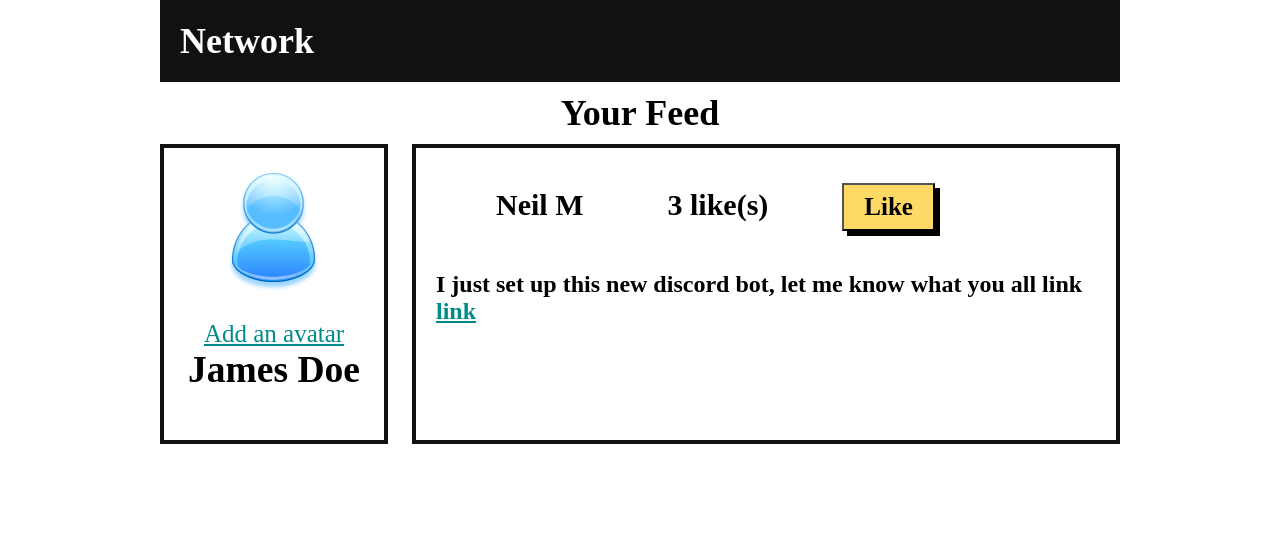
Repository: Blender20/liking_likes
Page: index.html
The author's editor kept a copy of each file at every save. The page is drawn from the files as they stood at one save, then again after the next save.
The browser window is 1280 px wide. The pictures show the whole page.
Some web fonts or font styles are not loaded; a fallback is used.

Above is the page before, as saved 2022-03-30 11:04:14.

### index.html
<!DOCTYPE html>
<html lang="en">

<head>
  <meta charset="UTF-8">
  <meta http-equiv="X-UA-Compatible" content="IE=edge">
  <meta name="viewport" content="width=device-width, initial-scale=1.0">
  <link rel="stylesheet" href="style.css">
  <title>Document</title>
</head>

<body>
  <nav>
    <h1>Network</h1>
  </nav>
  <div class="feed">
    <h1>Your Feed</h1>
  </div>
  <div class="container flex">
    <div class="leftColumn">

      <div class="avatar">
        <img src="./user.png" alt="user icon">
      </div>
      <div class="addAvatar"><a href="#">Add an avatar</a>
      <h2>James Doe</h2>
      </div>
    </div>

    <div class="right">
      <h3>Neil M</h3>
      <h3><span id="likeCount">3</span> like(s)</h3>
      <button onclick="addLike()" id="like">Like</button>

      <div class="text-box">
        <h2>I just set up this new discord bot, let me know what you all link <a href="#">link</a></h2>
      </div>
    </div>
  </div>
  <script src="script.js"></script>
</body>

</html>

### style.css
@import url('https://fonts.googleapis.com/css2?family=Balsamiq+Sans:ital,wght@0,400;0,700;1,700&display=swap');
  *{
  padding: 0;
  margin: 0;
  box-sizing: border-box;
  font-family: 'Balsamiq Sans', cursive;
}

.flex {
  display: flex;
  justify-content: space-between;
  align-self: center;
  gap:1.5em;
}
nav{
  min-height: 70px;
  background-color: #111;
  display: block;
  width: 75%;
  margin: 0 auto;

  color: #fff;
  font-family: "balsamiq Sans";
  padding: 10px
}
.container {
  margin: 0 auto;
  width: 75%

}

 .leftColumn{
  border: 4px solid #111;
  margin-top: 50px;
  flex:1;
  margin: 0 auto;
  min-height: 300px;
 }

.right {
  border: 4px solid #111;
  /* justify-content: space-between; */
 /* align-items: center; */
 flex:3;
 min-height: 200px;
 padding: 20px;
}


h1 {

  font-size: 36px;
  padding: 10px;
}
h2 {
  display:inline-block



}
h3 {
  font-size: 30px;
  display: inline;
  padding-left: 40px;
  margin:20px;
  text-align: end;

}
.feed {
  text-align: center;
  justify-content: center;
}
.text-box {
  margin-top: 40px;
}
a {
  color: darkcyan
}


#like {
  background-color: #FFD966;
  padding: 8px 20px;
  margin-top: 15px;
  margin-left: 50px;
  font-weight: 900;
  font-size: 25px;
  box-shadow: 5px 5px;

}
.avatar{
  margin-top: 20px;
  text-align: center;

}
.addAvatar{
  margin-top: 20px;
  text-align: center;
  font-size: 25px;

}

### script.js
var likeCount = document.querySelector('#likeCount')
console.log(likeCount)
function addLike() {

  likeCount.innerText++;

}

After the next save:
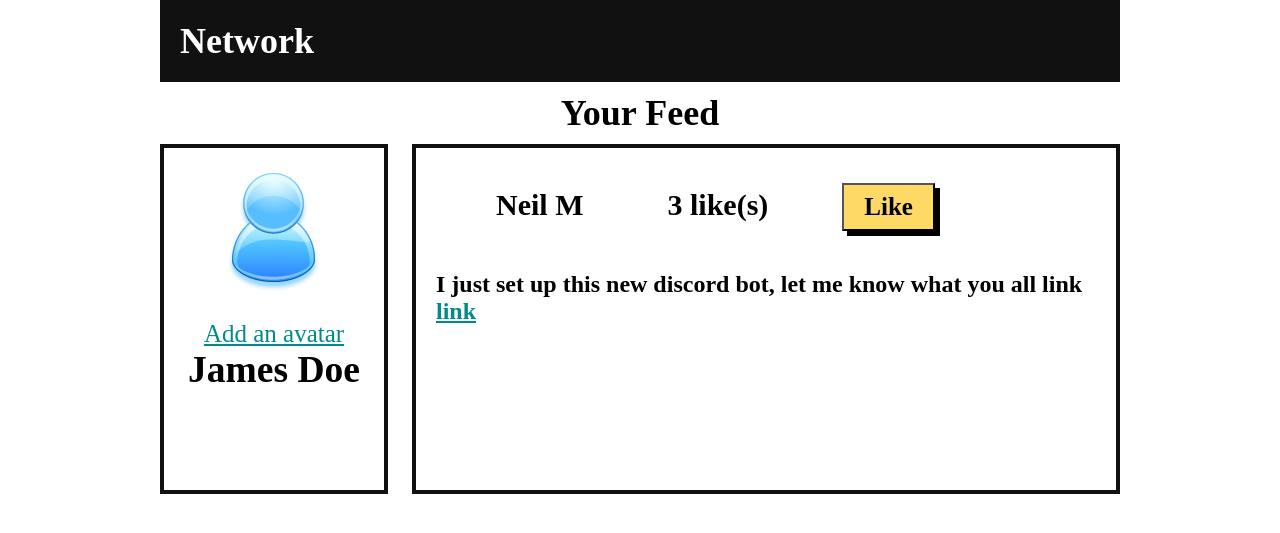
Saved 10 s later.
--- a/style.css
+++ b/style.css
@@ -34,7 +34,7 @@ nav{
   margin-top: 50px;
   flex:1;
   margin: 0 auto;
-  min-height: 300px;
+  min-height: 350px;
  }
 
 .right {
